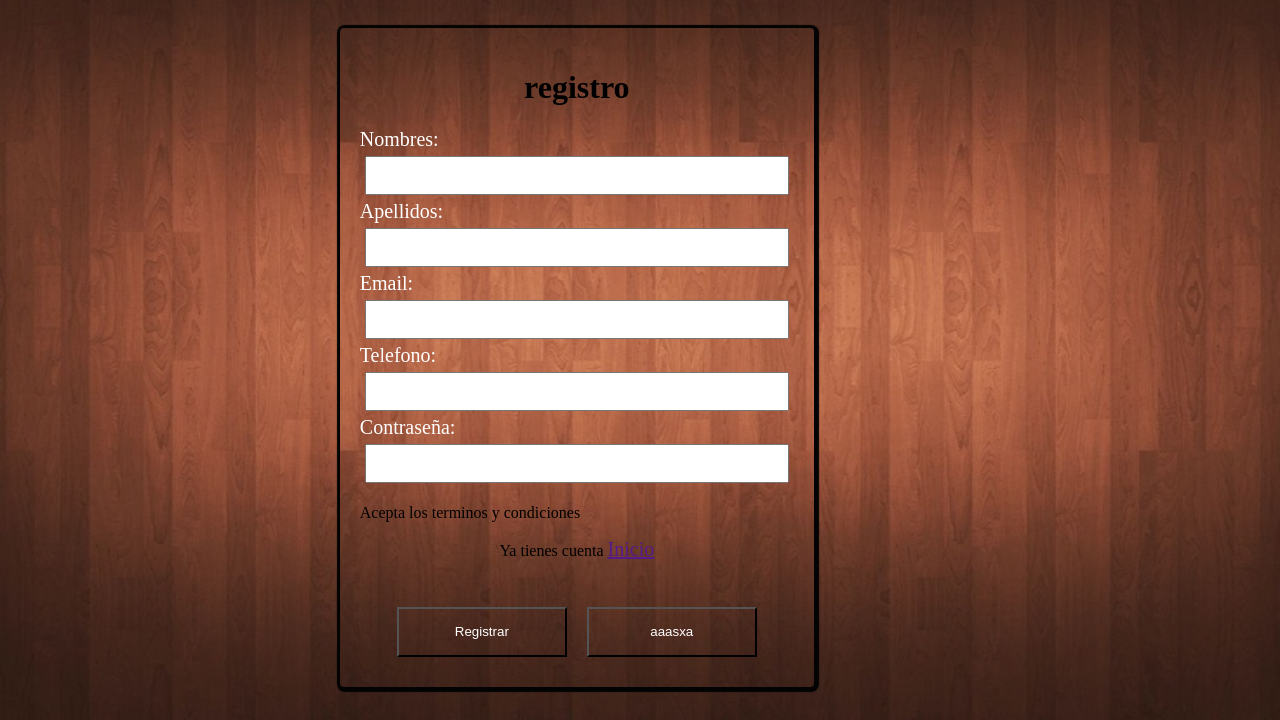
Repository: ye909/aplicacion_restaurante
Page: public/templeis/registro.html
These files come from the project's save history. The page is drawn as it stood at one moment and after the next save; the edit follows.
The browser window is 1280 px wide. The pictures show the whole page.
The pointer rests on the first visible `button`.

Above is the page before, as saved 2024-11-12 21:58:25.

After the next save:
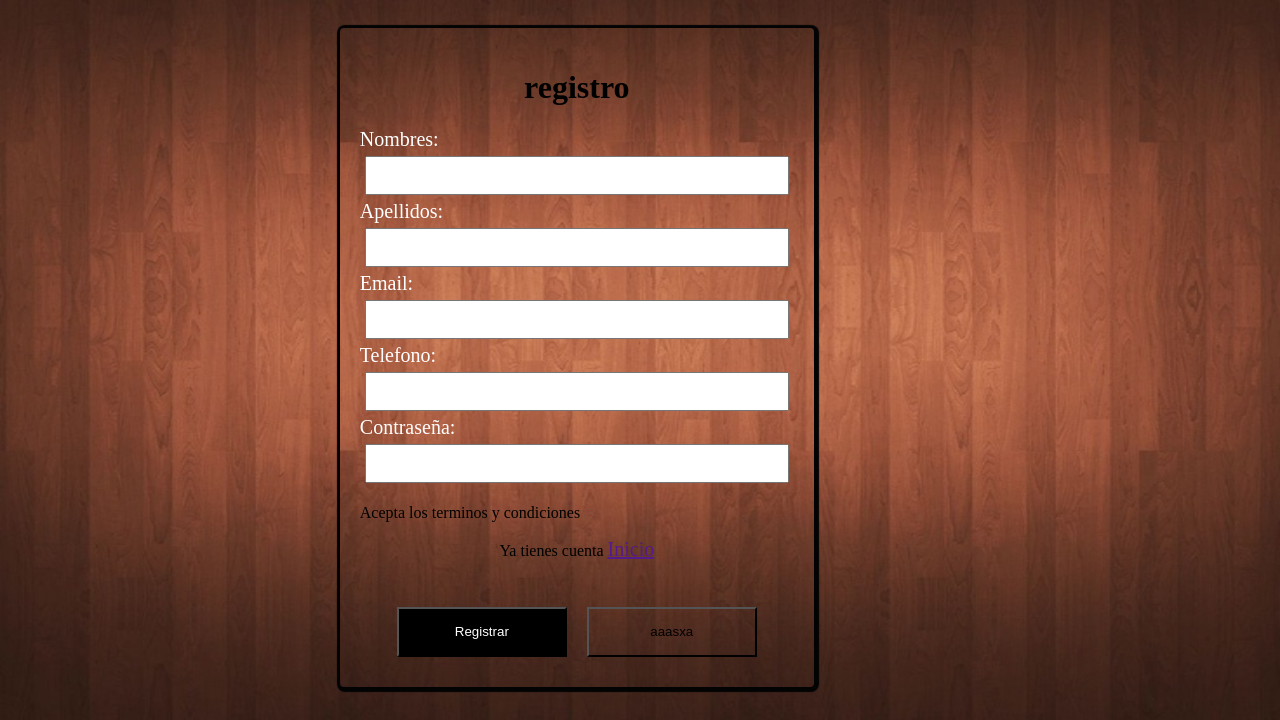
Saved 44 s later.
--- a/public/css/registro.css
+++ b/public/css/registro.css
@@ -38,7 +38,11 @@ button{
     height: 50px;
     margin: 10px;
     background:transparent;
+
+}
+button:hover{
     color:white;
+    background:black;
 }
 input{
     padding: 10px;
